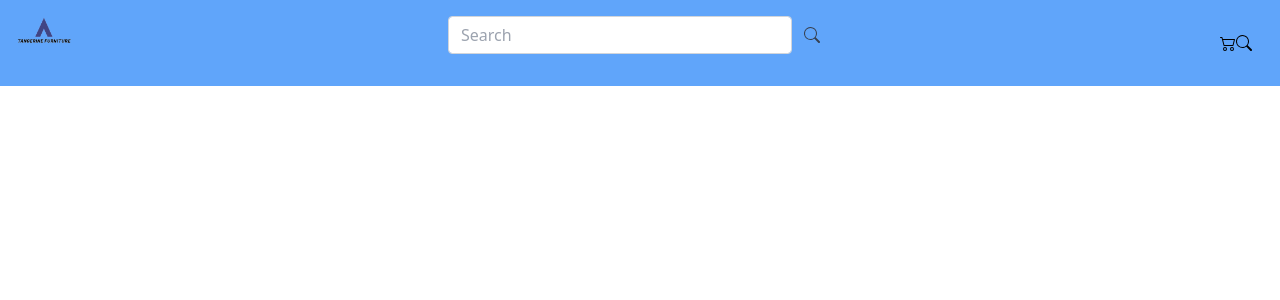
Repository: DevLaukey/Jitu-final
Page: / (app in frontend/)
An editor plug-in stored every save of this project. The page is shown before and after a run of saves, followed by the edit.
The browser window is 1280 px wide. The pictures show the whole page.
The project was rebuilt for these pictures with package versions that can differ from the ones it lists, and the page was loaded fresh each time.

Above is the page before, as saved 2022-07-13 13:12:09.

### frontend/src/index.js
import React from 'react';
import ReactDOM from 'react-dom/client';
import './index.css';
import App from './App';
import {store } from './redux/store';
import {Provider} from 'react-redux';
const root = ReactDOM.createRoot(document.getElementById('root'));
root.render(
  <Provider store={store}>
    <App />
  </Provider>
);

### frontend/src/App.js
import Navbar from "./components/Navbar";

function App() {
  return (
    <div className="">
    <Navbar />
    </div>
  );
}

export default App;

### frontend/src/components/Navbar.js
import React from "react";
import logo from "./free-logo-24a54uqo7g-d1y96agntq-removebg-preview.png";
import {  BsCart2, BsSearch } from "react-icons/bs";
function Navbar() {
  return (
    <header className="flex justify-between align-middle  p-4 bg-blue-400">
      <div className="">
        <img
          onClick={() => {
            console.log("clicked");
          }}
          className="h-15 w-14"
          src={logo}
          alt=""
          srcset=""
        />
      </div>
      <div class="flex justify-center">
        <div class="xl:w-96">
          <div class="input-group relative flex  items-stretch w-full mb-4 rounded">
            <input
              type="search"
              class="form-control relative flex-auto min-w-0 block w-full px-3 py-1.5 text-base font-normal text-gray-700 text-transparent bg-clip-padding border border-solid border-gray-300 rounded transition ease-in-out m-0 focus:text-gray-700 focus:bg-white focus:border-blue-600 focus:outline-none"
              placeholder="Search"
              aria-label="Search"
              aria-describedby="button-addon2"
            />
            <span
              class="input-group-text flex items-center px-3 py-1.5 text-base font-normal text-gray-700 text-center whitespace-nowrap rounded"
              id="basic-addon2"
            >
              <BsSearch />
            </span>
          </div>
        </div>
      </div>
      <div class="items-center flex justify-center px-3 py-2.5  text-center whitespace-nowrap rounded">
              <BsCart2 />
              <BsSearch/>
      </div>


    </header>
  );
}

export default Navbar;

Loaded but not shown: frontend/public/index.html (common file); frontend/src/index.css (common file); frontend/src/redux/store.js (common file); frontend/tailwind.config.js (common file)

After the next 2 saves:
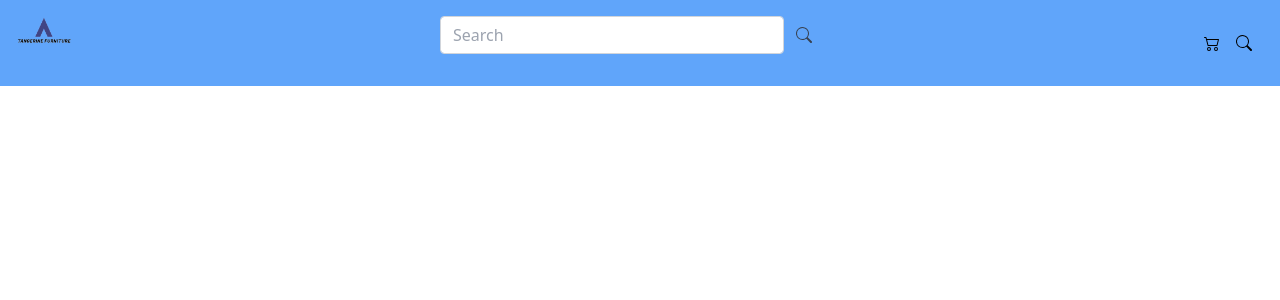
The 2 saves are shown as one change because they came seconds apart.
The last was saved 76 s later.
--- a/frontend/src/components/Navbar.js
+++ b/frontend/src/components/Navbar.js
@@ -34,12 +34,10 @@ function Navbar() {
           </div>
         </div>
       </div>
-      <div class="items-center flex justify-center px-3 py-2.5  text-center whitespace-nowrap rounded">
-              <BsCart2 />
-              <BsSearch/>
+      <div class=" space-x-4 items-center flex  px-3 py-2.5  text-center whitespace-nowrap rounded">
+        <BsCart2 />
+        <BsSearch />
       </div>
-
-
     </header>
   );
 }
